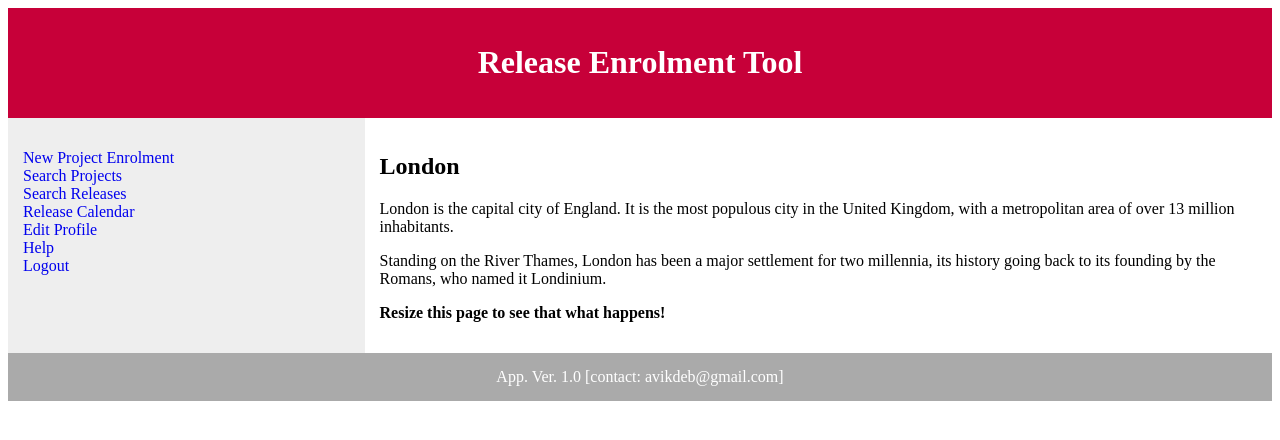
Repository: guribrar/enrolmentapp
Page: http://localhost/enrolmentapp/testlogin.jsp
An editor plug-in stored every save of this project. The page is shown before and after the next save, followed by the edit.
The browser window is 1280 px wide. The pictures show the whole page.
The page is served by Tomcat 9. Other server files are loaded and not shown. Queries for data that is not in the repository find no rows.

Above is the page before, as saved 2016-12-31 14:49:42.

### enrolmentapp/WebContent/testlogin.jsp
<%@ page language="java" contentType="text/html; charset=ISO-8859-1"
    pageEncoding="ISO-8859-1"%>

<%@ taglib uri="http://java.sun.com/jsp/jstl/sql" prefix="sql" %>
<%@ taglib uri="http://java.sun.com/jsp/jstl/core" prefix="c" %>

<!DOCTYPE html>
<html>
<head>
<style>
.flex-container {
    display: -webkit-flex;
    display: flex;
    -webkit-flex-flow: row wrap;
    flex-flow: row wrap;
    text-align: center;
}

.flex-container > * {
    padding: 15px;
    -webkit-flex: 1 100%;
    flex: 1 100%;
}

.content {
    text-align: left;
}

header {background: #C70039;color:white;}
footer {background: #aaa;color:white;}
.nav {background:#eee;}

.nav ul {
    list-style-type: none;
    padding: 0;
}
.nav ul a {
    text-decoration: none;
}

@media all and (min-width: 768px) {
    .nav {text-align:left;-webkit-flex: 1 auto;flex:1 auto;-webkit-order:1;order:1;}
    .content {-webkit-flex:5 0px;flex:5 0px;-webkit-order:2;order:2;}
    footer {-webkit-order:3;order:3;}
}
</style>
</head>
<body>

<div class="flex-container">
<header>
  <h1>Release Enrolment Tool</h1>
</header>

<nav class="nav">
<ul>
  <li><a href="#">New Project Enrolment</a></li>
  <li><a href="#">Search Projects</a></li>
  <li><a href="#">Search Releases</a></li>
  <li><a href="#">Release Calendar</a></li>
  <li><a href="#">Edit Profile</a></li>
  <li><a href="#">Help</a></li>
  <li><a href="#">Logout</a></li>
</ul>
</nav>

<article class="content">
  <h1>London</h1>
  <p>London is the capital city of England. It is the most populous city in the United Kingdom,
  with a metropolitan area of over 13 million inhabitants.</p>
  <p>Standing on the River Thames, London has been a major settlement for two millennia,
  its history going back to its founding by the Romans, who named it Londinium.</p>
  <p><strong>Resize this page to see that what happens!</strong></p>
</article>

<footer>App. Ver. 1.0 [contact: avikdeb@gmail.com]</footer>
</div>

</body>
</html>

After the next save:
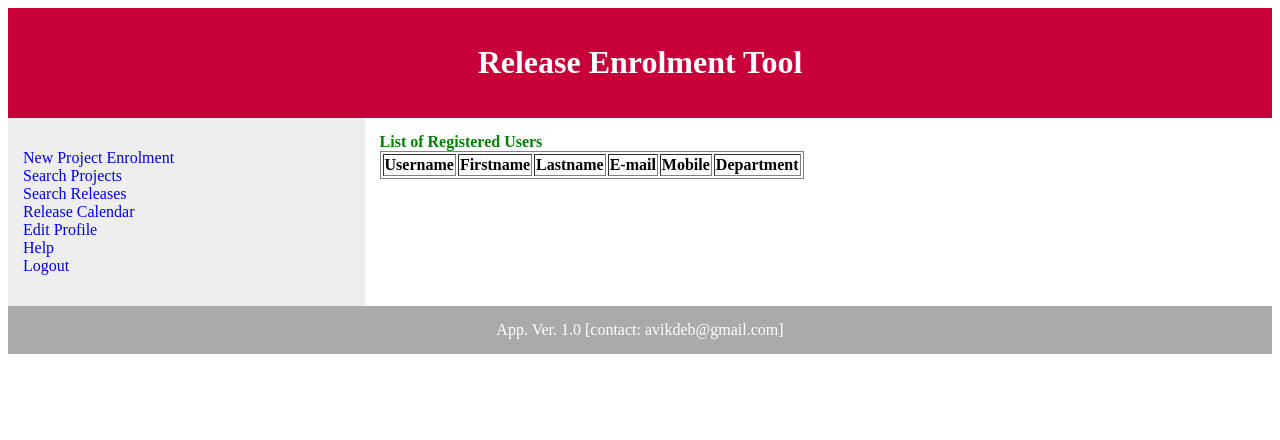
Saved 83 s later.
--- a/enrolmentapp/WebContent/testlogin.jsp
+++ b/enrolmentapp/WebContent/testlogin.jsp
@@ -5,6 +5,11 @@
 <%@ taglib uri="http://java.sun.com/jsp/jstl/core" prefix="c" %>
 
 <!DOCTYPE html>
+
+<sql:query var="rs" dataSource="jdbc/enrolmentapp">
+	select * from enrolmentapp.user
+</sql:query>
+
 <html>
 <head>
 <style>
@@ -65,12 +70,29 @@ footer {background: #aaa;color:white;}
 </nav>
 
 <article class="content">
-  <h1>London</h1>
-  <p>London is the capital city of England. It is the most populous city in the United Kingdom,
-  with a metropolitan area of over 13 million inhabitants.</p>
-  <p>Standing on the River Thames, London has been a major settlement for two millennia,
-  its history going back to its founding by the Romans, who named it Londinium.</p>
-  <p><strong>Resize this page to see that what happens!</strong></p>
+<font color="green"><b>List of Registered Users</b></font>
+<table frame="box" border="1">
+	<tr>
+		<th>Username</th>
+		<th>Firstname</th>
+		<th>Lastname</th>
+		<th>E-mail</th>
+		<th>Mobile</th>
+		<th>Department</th>
+	</tr>
+	<c:forEach var="row" items="${rs.rows}">
+	<tr>
+		<td>${row.username}</td>
+		<td>${row.firstname}</td>
+		<td>${row.lastname}</td>
+		<td>${row.email}</td>
+		<td>${row.mobile}</td>
+		<td>${row.department}</td>
+	</tr>
+	</c:forEach>
+</table>
+
+
 </article>
 
 <footer>App. Ver. 1.0 [contact: avikdeb@gmail.com]</footer>
